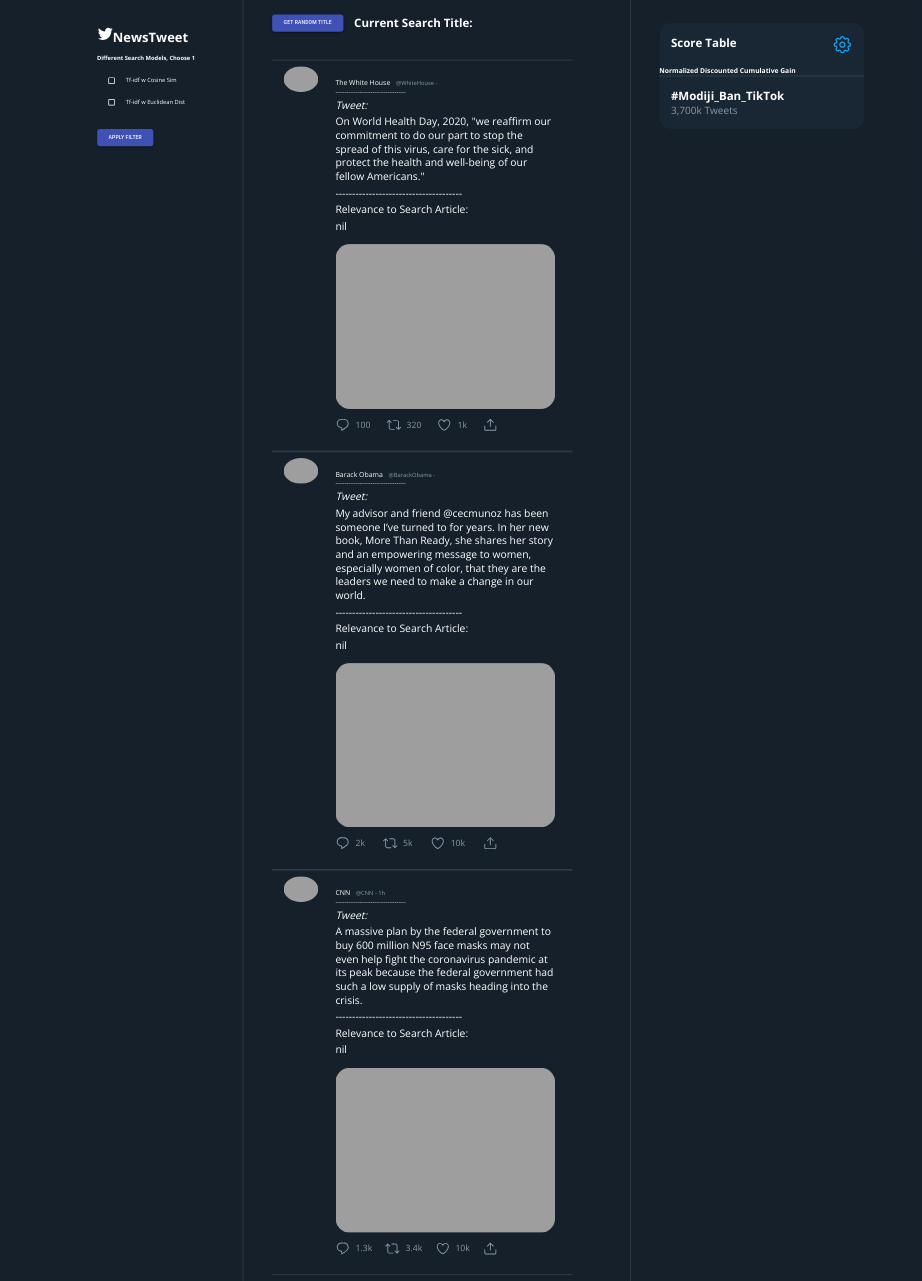
Repository: Dustyik/IR-tweets---disaster-
Page: / (app in Frontend/)
The author's editor kept a copy of each file at every save. The page is drawn from the files as they stood at one save, then again after the next save.
The browser window is 1280 px wide. The pictures show the whole page, at 72% of full size.
Pictures or frames that could not be fetched are drawn as grey boxes. The page's requests for data from a server got no answer. The project was rebuilt for these pictures with package versions that can differ from the ones it lists, and the page was loaded fresh each time. No one was signed in, and anything a server would have sent is missing. Also part of the build but not shown: Frontend/src/components/trending/FollowSuggestionCard.js, Frontend/src/styles/FollowList.css, Frontend/src/components/trending/FollowSuggestionsList.js, Frontend/src/components/StatusCard.js, Frontend/src/pages/Status.js, Frontend/src/components/profile/ProfileHead.js, Frontend/src/components/profile/ProfileDetails.js, Frontend/src/styles/Profile.css and 1 more.

Above is the page before, as saved 2021-08-04 19:56:15.

### Frontend/public/index.html
<!DOCTYPE html>
<html lang="en">

<head>
  <meta charset="utf-8" />
  <link rel="icon" href="%PUBLIC_URL%/favicon.ico" />
  <meta name="viewport" content="width=device-width, initial-scale=1" />
  <meta name="theme-color" content="#000000" />
  <meta name="description" content="Web site created using create-react-app" />
  <link rel="apple-touch-icon" href="%PUBLIC_URL%/logo192.png" />
  <link href="https://fonts.googleapis.com/css2?family=Open+Sans:wght@400;700&display=swap" rel="stylesheet">
  <!--
      manifest.json provides metadata used when your web app is installed on a
      user's mobile device or desktop. See https://developers.google.com/web/fundamentals/web-app-manifest/
    -->
  <link rel="manifest" href="%PUBLIC_URL%/manifest.json" />
  <!--
      Notice the use of %PUBLIC_URL% in the tags above.
      It will be replaced with the URL of the `public` folder during the build.
      Only files inside the `public` folder can be referenced from the HTML.

      Unlike "/favicon.ico" or "favicon.ico", "%PUBLIC_URL%/favicon.ico" will
      work correctly both with client-side routing and a non-root public URL.
      Learn how to configure a non-root public URL by running `npm run build`.
    -->
  <title>React App</title>
</head>

<body>
  <noscript>You need to enable JavaScript to run this app.</noscript>
  <div id="root"></div>
  <!--
      This HTML file is a template.
      If you open it directly in the browser, you will see an empty page.

      You can add webfonts, meta tags, or analytics to this file.
      The build step will place the bundled scripts into the <body> tag.

      To begin the development, run `npm start` or `yarn start`.
      To create a production bundle, use `npm run build` or `yarn build`.
    -->
</body>

</html>

### Frontend/src/App.js
import React from 'react';
import { BrowserRouter as Router, Route } from 'react-router-dom';
import './App.css';
import { Sidebar } from './components/Sidebar';
import { Home } from './pages/Home';
import { Trending } from './components/trending/Trending';
import { GlobalProvider } from './context/GlobalState';
import { Status } from './pages/Status';
import ScrollToTop from './utils/ScrollToTop';
import { Profile } from './pages/Profile';

function App() {
  return (
    <GlobalProvider >
      <Router >

        <ScrollToTop>
          <div className="App">
            <div className="side-nav">
              <Sidebar />
            </div>
            <div className="main trending">

              <Route exact path="/" component={Home} />
              { /*
              <Route exact path="/:id" component={Profile} />
              <Route exact path="/status/:id" component={Status} />
              */}


            </div>

            <div className="trending">
              <Trending />
            </div>
          </div>
        </ScrollToTop>

      </Router>
    </GlobalProvider>
  );
}

export default App;

### Frontend/src/App.css
:root {
    --body-bg        : rgb(21, 32, 43);
    --sky-blue       : rgba(29, 161, 242, 1.00);
    --light          : rgba(255, 255, 2555);
    --grey           : rgb(136, 153, 166);
    --border         : rgb(56, 68, 77);
    --thick-border   : rgb(37, 51, 65);
    --thick-border   : rgb(37, 51, 65);
    --card-background: rgb(25, 39, 52);
}

body {
    background-color: var(--body-bg);
    font-family     : 'Open Sans', sans-serif;
    padding         : 0;
    margin          : 0;
    color           : var(--light);
}

html {
    font-size: 8px;
}

::-webkit-input-placeholder {
    /* Chrome/Opera/Safari */
    font-size  : 2.5rem;
    color      : #9197a3;
    font-weight: 400;
}

::-moz-placeholder {
    /* Firefox 19+ */
    font-size  : 2.5rem;
    color      : #9197a3;
    font-weight: 400;
}

:-ms-input-placeholder {
    /* IE 10+ */
    font-size  : 2.5rem;
    color      : #9197a3;
    font-weight: 400;
}

:-moz-placeholder {
    /* Firefox 18- */
    font-size  : 2.5rem;
    color      : #9197a3;
    font-weight: 400;
}

.App {
    display              : grid;
    grid-template-columns: 2.5fr 4fr 3fr;
}

.side-nav {
    padding-left: 40%;
    padding-top : 3rem;
}

.side-nav svg {
    fill : var(--light);
    width: 2.75rem;
}

.side-nav svg:hover {
    fill: var(--sky-blue);
}

.side-nav-item {
    padding: 2rem 0;

}

.side-nav .side-nav-item .side-nav-text {
    font-size     : 2.25rem;
    font-weight   : 700;
    color         : var(--light);
    padding-left  : 3rem;
    vertical-align: bottom;
}

.avatar {
    display: inline;
}

.avatar img {
    border-radius: 50%;
}


/* helper classes */
.p-0 {
    padding: 0
}


.pl-0 {
    padding-left: 0
}

.p-1 {
    padding: 1rem;
}

.p-2 {
    padding: 2rem
}

.pr-0 {
    padding-right: 0
}

.pb-1 {
    padding-bottom: 1rem;
}

.m-0 {
    margin: 0
}

.mb-0 {
    margin-bottom: 0;
}

.text-center {
    text-align: center;
}

.w-100 {
    width: 100%;
}

.pl-1 {
    padding-left: 1rem;
}

.pr-1 {
    padding-right: 1rem;
}

ul {
    list-style: none;
}

.flex-align-center {
    display    : flex;
    align-items: center;
}

.flex-space-between {
    display        : flex;
    justify-content: space-between;
}

.inline-block {
    display: inline-block;

}


.btn {
    color      : var(--light);
    font-weight: 700;
    cursor     : pointer;
    border     : none;
    background : transparent;
}

.tweet-btn {
    border-radius   : 4rem;
    font-size       : 2rem;
    padding         : 1.5rem;
    background-color: var(--sky-blue);
    width           : 80%;
}

.follow-btn {
    border-radius: 3rem;
    font-size    : 2rem;
    padding      : 0.5rem;
    font-weight  : 700;
    color        : var(--sky-blue);
    border       : 1px solid var(--sky-blue);
}

.pointer {
    cursor: pointer;
}

.bold-dull-para {
    font-size: 1.75rem;
    color    : var(--grey);
}

a {
    text-decoration: none;
    color          : inherit;
}

h1 {
    font-size  : 2.25rem;
    font-weight: 700;
    color      : var(--light);
}

h2 {
    font-size  : 2rem;
    font-weight: 700;
    color      : var(--light);
}

input:focus {
    outline: none;
}

### Frontend/src/components/trending/Trending.js
import React from 'react';
import '../../styles/Trending.css';
import { SearchIcon } from '../../images/svg/svgs'
import { TrendsList } from './TrendsList';
import { FollowSuggestionsList } from './FollowSuggestionsList';


export const Trending = () => {
    return (
        <>
            <div>

                <div className="trends-list m-0">

                    <TrendsList />

                </div>
                {/*
                <div className="follow-list">
                    <FollowSuggestionsList />
                </div>
                */}
            </div>
        </>
    )
}

### Frontend/src/utils/ScrollToTop.js
import React, { useEffect, Fragment } from 'react';
import { withRouter } from 'react-router-dom';

function ScrollToTop({ history, children }) {
    useEffect(() => {
        const unlisten = history.listen(() => {
            window.scrollTo(0, 0);
        });
        return () => {
            unlisten();
        }
    }, []);

    return <Fragment>{children}</Fragment>;
}

export default withRouter(ScrollToTop);

### Frontend/src/images/avatars.js
import React from 'react'

export const SmallAvatar = ({ width, image }) => {
    return (
        <div className="avatar">
            <img width={width} src={image} alt="avatar" />
        </div>
    )
}

### Frontend/src/apifunctions.js
import axios from 'axios';

export const getTitles = () => {
    console.log("get Titles called")
    return axios.get("http://localhost:5000/getTitles")
}

export const applySearchFilters = (data, title, id) => {
    return axios.post("http://localhost:5000/applySearchModels", {
            data: data,
            queryTitle: title,
            articleId: id

        }
    )
}

### Frontend/src/styles/Main.css
/* main styles */
.main {
    border-left : 1px solid var(--border);
    border-right: 1px solid var(--border);
    ;
}

.home {
    padding-left : 2.5rem;
    border-bottom: 1px solid var(--border);
}

.new-tweet {
    padding              : 1rem;
    display              : grid;
    grid-template-columns: 1fr 9fr;
    border-bottom        : 1rem solid var(--thick-border);
}

.new-tweet .left,
.right {
    padding: 0 1rem;
}

.new-tweet input {
    padding    : 2rem 0;
    background : transparent;
    border     : none;
    color      : var(--light);
    font-size  : 2rem;
    font-weight: 700;
}

.new-tweet-options {
    padding-right  : 1rem;
    display        : flex;
    justify-content: space-between;
    align-items    : center;
}

.new-tweet .add-icons {
    margin-right: 1rem;
}

.new-tweet .add-icons svg {
    width  : 3rem;
    fill   : var(--sky-blue);
    padding: 1rem;
}

.new-tweet .add-icons svg:first-child {
    padding-left: 0;
}

### Frontend/src/components/TweetList.js
import React, { useContext } from 'react'
import TweetCard from './TweetCard'
import { GlobalContext } from '../context/GlobalState'

export const TweetList = () => {
    const { tweets } = useContext(GlobalContext);

    return (
        <>
            {tweets.map((tweet, index) => (<TweetCard key={index} tweet={tweet} />))}
        </>
    )
}

### Frontend/src/styles/Trending.css
.trending {
    padding: 1rem 10rem 1rem 5rem;
}

.trending .search-box {
    width     : 100%;
    background: transparent;

    background-color: var(--thick-border);
    border-radius   : 5rem;
    border          : none;
}

.trending .search-box svg {
    width       : 3rem;
    fill        : var(--grey);
    padding-left: 1rem;

}

.trending .search-box input {
    padding   : 1.5rem;
    font-size : 2rem;
    width     : 100%;
    background: transparent;
    border    : none;
    color     : var(--light);
}

.trends-list {
    background-color: var(--card-background);
    border-radius   : 2rem;
    margin-top      : 3rem;
}

.trends-list h1 {
    padding: 1rem 2rem;

}

.trends-for-you {
    padding: 2rem;
}

.trends-for-you svg {
    width: 3.5rem;
    fill : var(--sky-blue);
}

.trends-card {
    border-top   : 1px solid var(--border);
    border-bottom: 1px solid var(--border);
    padding      : 2rem;
}

.trends :last-child {
    border-bottom: none;
}

.trends-topic {
    font-size: 1.5rem;
    color    : var(--grey);
}

.trend-tweet-count {
    font-size: 1.75rem;
    color    : var(--grey);
}



.trending ::-webkit-input-placeholder {
    /* Chrome/Opera/Safari */
    font-size  : 2rem;
    color      : #9197a3;
    font-weight: 400;
}

.trending ::-moz-placeholder {
    /* Firefox 19+ */
    font-size  : 2rem;
    color      : #9197a3;
    font-weight: 400;
}

.trending :-ms-input-placeholder {
    /* IE 10+ */
    font-size  : 2rem;
    color      : #9197a3;
    font-weight: 400;
}

.trending :-moz-placeholder {
    /* Firefox 18- */
    font-size  : 2rem;
    color      : #9197a3;
    font-weight: 400;
}

### Frontend/src/components/trending/TrendsList.js
import React, {useContext} from 'react';
import { Trend } from '../trending/Trend';
import { SettingsIcon } from '../../images/svg/svgs';

import { GlobalContext } from '../../context/GlobalState'


export const TrendsList = () => {

    const {rankingModel} = useContext(GlobalContext);


    const trends = [
        {
            name: '#Modiji_Ban_TikTok',
            topic: '',
            tweets: '3,700k'
        }
    ]
    return (
        <div>
            <div className="trends-for-you flex-space-between">
                <h2 className="m-0">Score Table</h2>
                <SettingsIcon />
            </div>
            <h3 className="m-0">Normalized Discounted Cumulative Gain </h3>

            <div>
                {rankingModel}
                {console.log("scores", rankingModel)}
            </div>
            <div className="trends">
                {trends.map(trend => (<Trend trend={trend} />))}
            </div>
        </div>
    )
}

### Frontend/src/context/AppReducer.js
const MAX = 30
const MIN = 0

export default (state, action) => {
    switch (action.type) {

        case "ADD_RANKING_SCORE":
            return {
                ...state,
                rankingModel: [...state.rankingModel, action.payload]
            }


        case 'DELETE_TRANSACTION':
            return {
                ...state,
                transactions: state.transactions.filter(transaction => transaction.id !== action.payload)
            }
        case 'ADD_TWEET':
            const newTweet = {
                user: {
                    name: action.payload.name,
                    image: action.payload.image,
                    handle: `@${action.payload.name}`,
                },
                tweet: {
                    content: action.payload.tweet,
                    image: null,
                    comments: Math.floor(Math.random()*(MAX-MIN)+MIN),
                    retweets: Math.floor(Math.random()*(MAX-MIN)+MIN),
                    likes: Math.floor(Math.random()*(MAX-MIN)+MIN),
                    relevance: action.payload.relevance
                }
            };
            return {
                ...state,
                tweets: [...state.tweets, newTweet]
            }

        case "SET_TITLE":
            return {
            ...state,
            title: action.payload
        }

        case "SET_SEARCH_MODEL":
            return {
            ...state,
            searchModels: action.payload
        }

        case "REMOVE_ALL_TWEETS":
            return {
            ...state,
            tweets: []
        }


        default:
            return state
    }
}

### Frontend/src/components/trending/Trend.js
import React from 'react'

export const Trend = ({ trend }) => {
    return (
        <div className="trends-card">
            <p className="trends-topic m-0">{trend.topic}</p>
            <h2 className="m-0">{trend.name}</h2>
            <p className="trend-tweet-count m-0">{trend.tweets} Tweets</p>
        </div>
    )
}

### Frontend/src/styles/StatusCard.css
.tweets {}

.status-card {
    /* padding              : 1rem;
    display                 : grid;
    grid-template-columns   : 1fr 9fr; */
    border-bottom           : 0.5px solid var(--border);
    border-top              : 0.5px solid var(--border);

}

.status-card .left,
.right {
    padding: 2rem;
}

.status-card .left {
    display    : flex;
    align-items: center;

}

.status-card .right {
    padding-top: 0;
}

.status-card .status-card-name {
    font-size    : 2rem;
    font-weight  : 700;
    padding-right: 1rem;
}

.status-card .status-card-handle,
.status-card-time {
    font-size: 1.5rem;
    color    : var(--grey);
}

.status-card .status-card-body .status-card-content p {
    font-size : 2.5rem;
    margin-top: .5rem;
}

.status-card .status-card-body .status-card-image {
    margin-top: 2rem;
}

.status-card .status-card-body .status-card-image img {
    width        : 100%;
    border-radius: 20px;
}

.status-card .status-card-footer {
    padding-right: 10rem;
    display      : flex;

    justify-content: space-around;
    padding-top    : 1rem;
    width          : 100%;
}

.status-card .status-card-footer svg {
    fill : var(--grey);
    width: 2.5rem;
}

.status-card .status-card-footer .tweet-cars-icon {
    line-height : 2;
    font-size   : 1.5rem;
    color       : var(--grey);
    padding-left: 1rem;
}

.status {
    display    : flex;
    align-items: center;
    padding    : 0 2rem;
    display    : flex;
    align-items: center;
}

.status h1 {
    display     : inline-block;
    padding-left: 1rem;
}

.status svg {
    width: 4rem;
    fill : var(--sky-blue);
}

### Frontend/src/styles/TweetCard.css
.tweets {}

.tweet-card {
    padding              : 1rem;
    display              : grid;
    grid-template-columns: 1fr 9fr;
    border-bottom        : 0.5px solid var(--border);
    border-top           : 0.5px solid var(--border);

}

.tweet-card .left,
.right {
    padding: 0 1rem;
}

.tweet-card .tweet-card-head .tweet-card-name {
    font-size    : 1.2rem;
    font-weight  : 300;
    padding-right: 1rem;
}

.tweet-card .tweet-card-head .tweet-card-name:hover {
    text-decoration: underline;
}

.tweet-card .tweet-card-head .tweet-card-handle,
.tweet-card-time {
    font-size: rem;
    color    : var(--grey);
}

.tweet-card .tweet-card-body .tweet-card-content p {
    font-size : 1.8rem;
    margin-top: .5rem;
}

.tweet-card .tweet-card-body .tweet-card-image {
    margin-top: 2rem;
}

.tweet-card .tweet-card-body .tweet-card-image img {
    width        : 100%;
    border-radius: 20px;
}

.tweet-card .tweet-card-footer {
    padding-right  : 10rem;
    display        : flex;
    justify-content: space-between;
    padding-top    : 1rem;
}

.tweet-card .tweet-card-footer svg {
    fill : var(--grey);
    width: 2.5rem;
}

.tweet-card .tweet-card-footer .tweet-cars-icon {
    line-height : 2;
    font-size   : 1.5REM;
    color       : var(--grey);
    padding-left: 1rem;
}

Loaded but not shown: Frontend/src/index.js (common file); Frontend/src/images/svg/svgs.js (66 lines, source omitted); Frontend/src/context/GlobalState.js (124 lines, source omitted); Frontend/src/components/TweetCard.js (67 lines, source omitted); Frontend/src/components/Sidebar.js (113 lines, source omitted); Frontend/src/pages/Home.js (75 lines, source omitted)

After the next save:
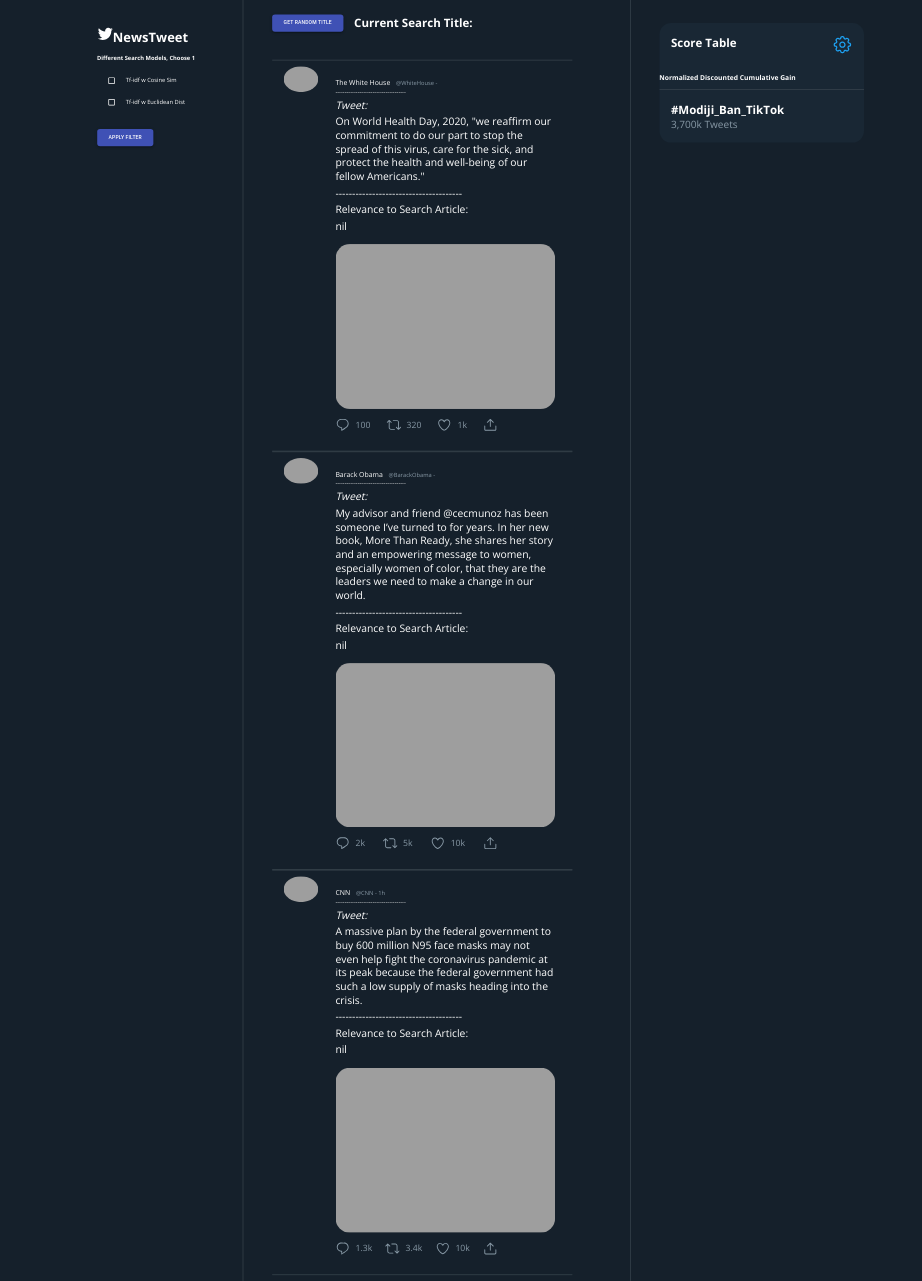
Saved 7 s later.
--- a/Frontend/src/components/trending/TrendsList.js
+++ b/Frontend/src/components/trending/TrendsList.js
@@ -23,7 +23,7 @@
                 <h2 className="m-0">Score Table</h2>
                 <SettingsIcon />
             </div>
-            <h3 className="m-0">Normalized Discounted Cumulative Gain </h3>
+            <h3 className="">Normalized Discounted Cumulative Gain </h3>
 
             <div>
                 {rankingModel}

After the save that followed:
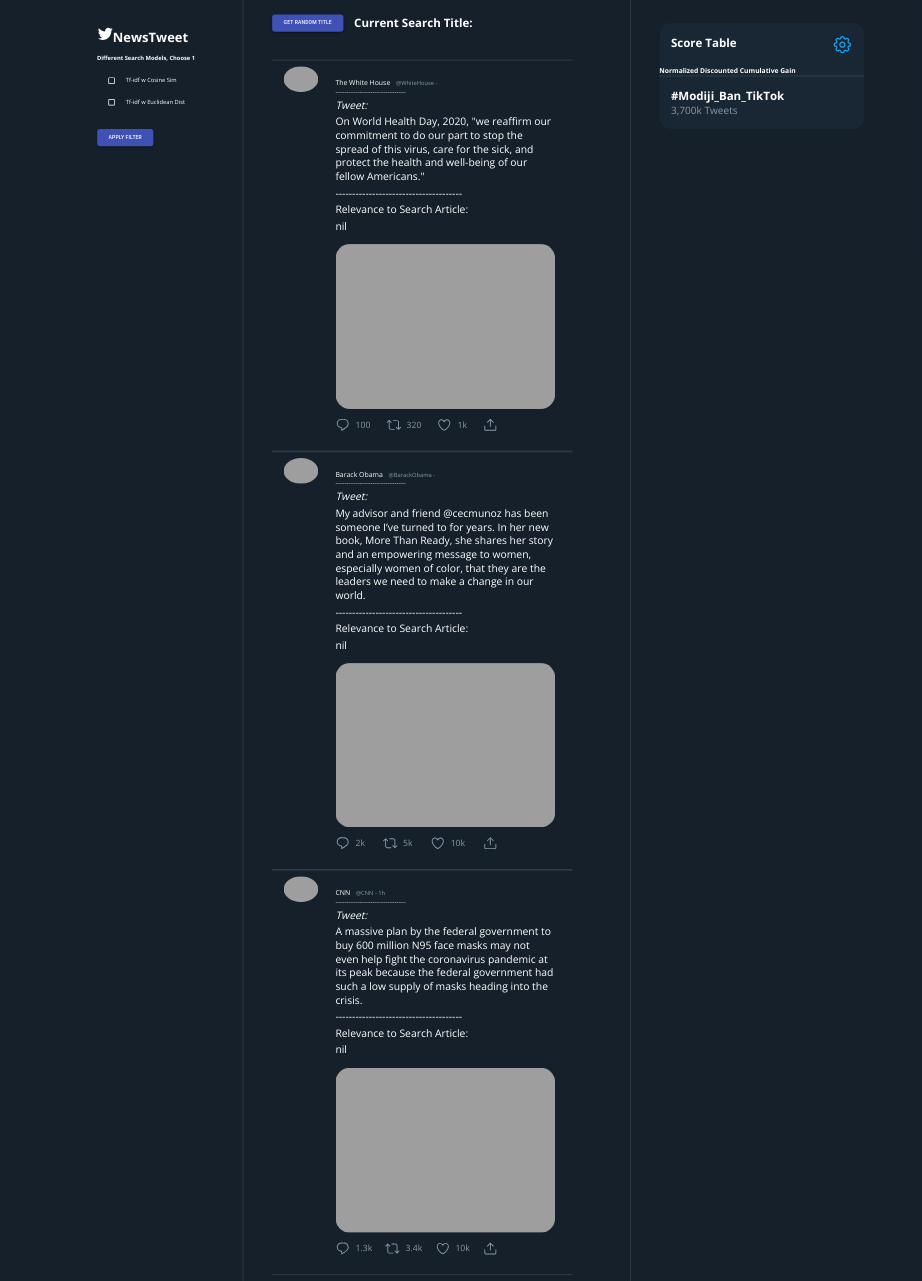
Saved 2 s later.
--- a/Frontend/src/components/trending/TrendsList.js
+++ b/Frontend/src/components/trending/TrendsList.js
@@ -23,7 +23,7 @@
                 <h2 className="m-0">Score Table</h2>
                 <SettingsIcon />
             </div>
-            <h3 className="">Normalized Discounted Cumulative Gain </h3>
+            <h3 className="m-0">Normalized Discounted Cumulative Gain </h3>
 
             <div>
                 {rankingModel}
